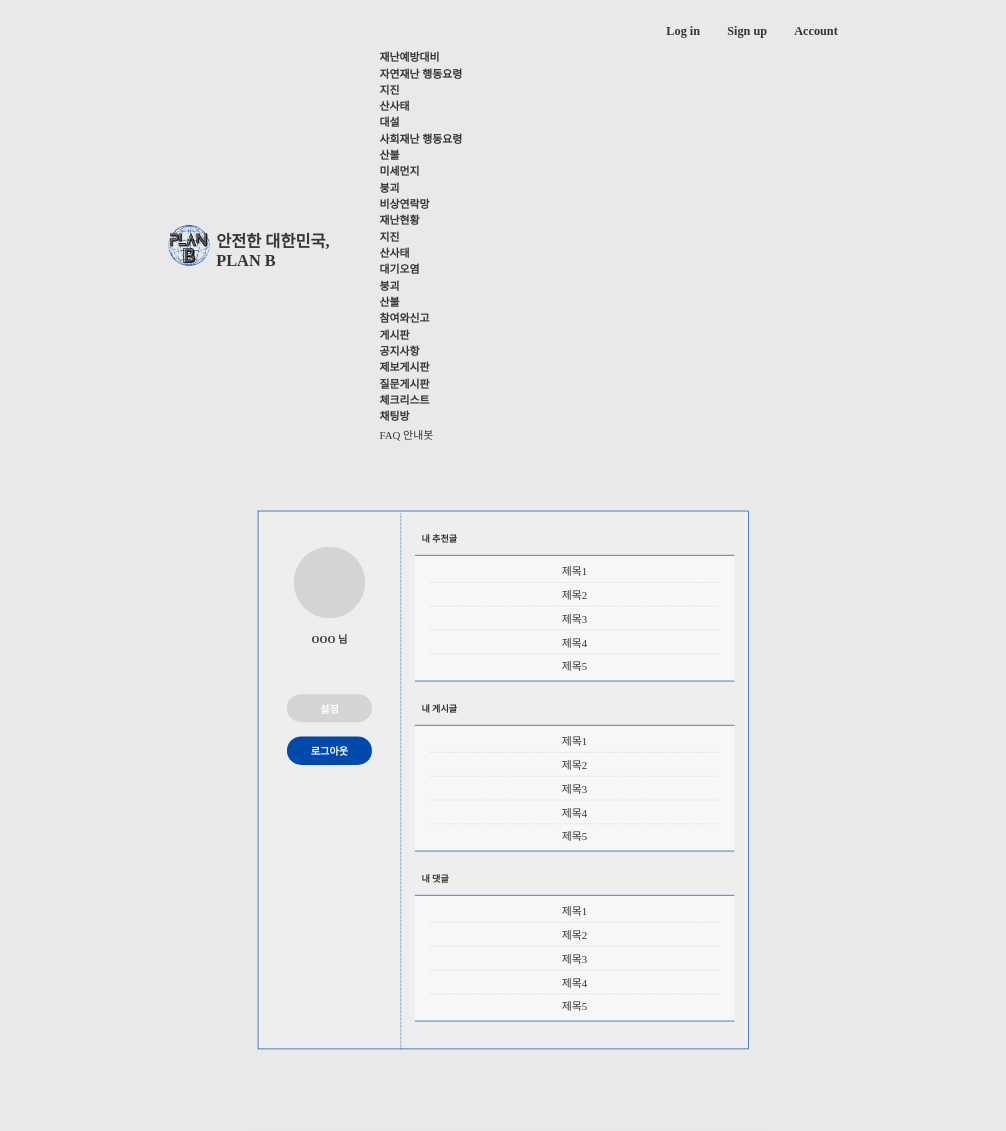
Repository: finalteam4/final
Page: http://localhost/member/account
These files come from the project's save history. The page is drawn as it stood at one moment and after the next save; the edit follows.
The browser window is 1280 px wide. The page is 1480 px wide, so the pictures cover 1480 px, including what lies to the right of the window. The pictures show the whole page, at 68% of full size.
The page is this project's Thymeleaf template; nobody is signed in. The template is opened directly, without the code that normally fills it, so the values that code supplies are empty.

Above is the page before, as saved 2024-02-08 03:07:16.

### final/src/main/resources/templates/member/account.html
<!DOCTYPE html>
<html xmlns:th="http://www.thymeleaf.org">
<head>
<meta charset="UTF-8">
<title>마이페이지</title>
<link rel="stylesheet" th:href="@{/css/style.css}">
</head>
<body>
  <div class="ch">
      <div th:replace="~{header::header-fragment}"></div>
    <div id="account">
      <div id="left">
        <div id="mimage"></div>
        <h6>OOO 님</h6>
        <div class="mbutton" id="modify">설정</div>
        <div class="mbutton" id="logout">로그아웃</div>
      </div>
      <div class="line2"></div>
      <div id="right">

        <h5>내 추천글</h5>
        <div class="mcontent">
          <p>제목1</p>
          <p>제목2</p>
          <p>제목3</p>
          <p>제목4</p>
          <p>제목5</p>
        </div>

        <h5>내 게시글</h5>
        <div class="mcontent">
          <p>제목1</p>
          <p>제목2</p>
          <p>제목3</p>
          <p>제목4</p>
          <p>제목5</p>
        </div>

        <h5>내 댓글</h5>
        <div class="mcontent">
          <p>제목1</p>
          <p>제목2</p>
          <p>제목3</p>
          <p>제목4</p>
          <p>제목5</p>
        </div>

      </div>
    </div>
  </div>
</body>
</html>

### final/src/main/resources/templates/header.html
<!DOCTYPE html>
<html xmlns:th="http://www.thymeleaf.org"
		xmlns:sec="http://www.thymeleaf.org/thymeleaf-extras-springsecurity6">
<head>
    <link rel="stylesheet" href="/css/Mainstyle.css">
    <script src="https://kit.fontawesome.com/6673aed616.js" crossorigin="anonymous"></script>
   	<script src="https://cdn.jsdelivr.net/npm/sockjs-client@1/dist/sockjs.min.js"></script>
	<script th:src="@{https://code.jquery.com/jquery-3.7.1.min.js}"></script>

</head>

<body>
    <header th:fragment="header-fragment">

        <section id="planB-header">
            <div class="planB-sidemenu">
            	<!-- 채채 페이지와 연결 -->
            	<th:block sec:authorize="isAnonymous()" >
	            	<a th:href="@{/login}">Log in</a>
	            	<a th:href="@{/member/join}">Sign up</a>
            	</th:block>
            	<a sec:authorize="isAuthenticated()" th:href="@{/logout}">Log out</a>

            	<a th:href="@{/member/account}">Account</a>
            </div>
			<!-- 프로젝트 로고 -->
            <div class="planB-menuWrap">
            	<a th:href="@{/}" class="main-img-logo">
           			<img th:alt="handmad_planB_logo" src="/images/planB-logo.png" style="width:60px; height:60px;">
           			<h2>안전한 대한민국,<br>PLAN B</h2>
            	</a>
          		<!-- 메인 메뉴 -->
	            <nav class="main-menu-wrap nav03">
	            	<div class="menu-container">
		            	<ul>
			            	<li class="main-menu-item">
			            		<a>재난예방대비</a>
			            		<!-- 서브메뉴 -->
			            		<ul class="submenu">
			            			<li>
		           						<a th:href="@{#}">자연재난 행동요령</a>
		           						<ul>
			            					<li><a th:href="@{/safeBehavior/Num1}">지진</a></li>
			            					<li><a th:href="@{/safeBehavior/Num4}">산사태</a></li>
			            					<li><a th:href="@{/safeBehavior/Num6}">대설</a></li>
			            				</ul>
		           					</li>
		           					<li>
		           						<a th:href="@{#}">사회재난 행동요령</a>
		           						<ul>
			            					<li><a th:href="@{/safeBehavior/Num2}">산불</a></li>
			            					<li><a th:href="@{/safeBehavior/Num3}">미세먼지</a></li>
			            					<li><a th:href="@{/safeBehavior/Num5}">붕괴</a></li>
			            				</ul>
		           					</li>
		           					<li>
			            				<a th:href="@{/contact/emer_contact}">비상연락망</a>
			            			</li>
			            		</ul>
			            	</li>
			            	<li class="main-menu-item">
			            		<a>재난현황</a>
			            		<!-- 서브메뉴 -->
			            		<ul class="submenu">
			            			<li>
			            				<a th:href="@{/data/data3}">지진</a>
			            			</li>
			            			<li>
			            				<a th:href="@{/data/data6}">산사태</a>
			            			</li>
			            			<li>
			            				<a th:href="@{/data/data7}">대기오염</a>
			            			</li>
			            			<li>
			            				<a th:href="@{/data/data5}">붕괴</a>
			            			</li>
			            			<li>
			            				<a th:href="@{/data/data2}">산불</a>
			            			</li>
									<!-- <li>
		           						<a th:href="@{/}">submenu 1</a>
		           						<ul>
			            					<li><a th:href="@{/}">child 1-1</a></li>
			            					<li><a th:href="@{/}">child 1-2</a></li>
			            					<li><a th:href="@{/}">child 1-3</a></li>
			            				</ul>
		           					</li> -->
			            		</ul>
			            	</li>
			            	<li class="main-menu-item">
			            		<a>참여와신고</a>
			            		<!-- 서브메뉴 -->
			            		<ul class="submenu">
			            			<li>
			            				<a th:href="@{/board/}">게시판</a>
			            				<ul>
			            					<li><a th:href="@{/noticeboard/}">공지사항</a></li>
			            					<li><a th:href="@{/infoboard/}">제보게시판</a></li>
			            					<li><a th:href="@{/qnaboard/}">질문게시판</a></li>
			            					<li sec:authorize="hasAnyAuthority('ADMIN')" >
			            						<a th:href="@{/report/}" style="color:red;">신고게시판</a>
			            					</li>
			            				</ul>
			            			</li>
			            			<li>
	                                   <a th:href="@{/ex/survey}" onclick="return alert('당신의 재난 지식을 점검하세요!')">체크리스트</a>
	                                </li>
			            			<li>
		           						<a th:href="@{#}" onclick="chatOpen()">채팅방</a>
		           					</li>
			            		</ul>
			            	</li>
		            	</ul>
			            <!-- FAQ 토글 버튼 -->
					    <div class="menu-bot-img" id="faqToggleButton">
					        <span>FAQ 안내봇</span>
					        <i class="fa-solid fa-robot" style="font-size:25px;"></i>
					    </div>
					    <!-- FAQ 오버레이 배경 -->
						<div id="faqOverlay"></div>
					    <!-- FAQ 컨테이너 -->
					    <div id="faqContainer" style="display:none;">
					        <!-- JavaScript가 여기에 질문 버튼을 동적으로 추가합니다 -->
					    </div>
		            </div>
	            </nav>
            </div> <!-- planB-menuWrap -->
        </section>
    </header>
<script th:src="@{/js/faq-chatbot.js}"></script>
<script th:src="@{/js/favicon.js}"></script>

<script th:inline="javascript">
    function chatOpen() {
        // 창의 크기
        let windowWidth = 820;
        let windowHeight = 400;

        // 뷰포트 크기 (스크롤바 고려)
        let viewportWidth = Math.max(document.documentElement.clientWidth || 0, window.innerWidth || 0);
        let viewportHeight = Math.max(document.documentElement.clientHeight || 0, window.innerHeight || 0);

        // 창의 위치
        let popupX = viewportWidth - windowWidth;
        let popupY = viewportHeight - windowHeight;

        // 새 창 열기
        window.open("/chat/", "채팅방", "width=" + windowWidth + ", height=" + windowHeight + ", left=" + popupX + ", top=" + popupY);
    }
</script>
</body>
</html>

### final/src/main/resources/static/css/style.css
@charset "UTF-8";


/* 공통 */

*{margin: 0; padding: 0; font-family: 'NanumSquareRound';}

html, body{height:auto; min-height:100%; min-width:1440px; width:100%; color: #353535; background: #e9e9e9;}

a{text-decoration: none; color:#353535; font-weight:900;}
a:hover{text-decoration: none; color: #004aad; font-weight:900;}
ul li{list-style: none;}




/* nagyung */


/* =============================================
                     header
================================================ */
#planB-header{width:100%; max-width:1024px; margin:0 auto;
	/* border:1px solid black; */ /* body: 1024px틀 마지막에 지울예정 */
}
/* header - 로그인, 회원가입, 마이페이지 */
.planB-sidemenu{
	width:100%;
	display:flex;
	justify-content: flex-end;
}
.planB-sidemenu a{padding: 15px 20px; font-size:18px;}
/* header - 로고, 메인메뉴, 챗봇 */
.planB-menuWrap{width:100%; display:flex; margin-bottom:10px;}
.main-img-logo{
	width:310px;
	display:flex;
	align-items: center;
	padding-left:20px;
	}
.main-img-logo h2{padding:10px 0 0 10px;  font-weight:900;}

.main-menu{
	width:90%;
	margin:0 auto;
	display:flex;
	justify-content: space-evenly;
    align-items: center;
    padding-top:20px;
    }
.main-menu a{font-size:19px; letter-spacing:1px;}
.main-menu span{font-size:15px;}
/*===============================================
 					footer
=================================================*/



/* chaehee */

.ch{
  width: 100%;
  padding: 20px;
  background-color: #E9E9E9;


  .container{width: 90%; padding: 30px; margin: 0 auto;}


/* login 스타일 */
  #login{
    margin: 100px auto;
    padding: 40px;
    width: 380px;
    background-color: #f7f7f7;
    border: 1px solid rgb(0, 74 , 173);
    flex-direction: column;
  }
  #login h2{
    text-align: center;
    margin: 20px;
    color: rgb(0, 74 , 173);
  }
  #login fieldset{
    border: none;
  }

  #login li input{
  	border-style: none;
    margin: 15px auto;
    padding: 0 10px 0 10px;
    width: 100%;
    height: 40px;
    text-indent: 5px;
  }
  #login #username,
  #login #password,
  #login #loginbutton,
  #login #joinf{
    box-sizing: border-box;
    border: 1px solid #004aad;
  }
  #login #loginbutton,
  #login #joinf{
    font-weight: bold;
  }
  #login #loginbutton{
    background-color: #004aad;
    color: white;
  }
  #login #joinf{
    background-color: white;
    color: #004aad;
  }
  .line {
    display:flex;
    flex-basis:100%;
    align-items:center;
    color:rgba(0,0,0,0.35);
    font-size:14px;
    margin:10px 0px;
  }
  .line::before{
    content:"";
    flex-grow:1;
    margin:0px 16px;
    background:rgba(0,0,0,0.35);
    height:1px;
    font-size:0px;
  }
  .line::after {
    content:"";
    flex-grow:1;
    margin:0px 16px;
    background:rgba(0,0,0,0.35);
    height:1px;
    font-size:0px;
  }

  /* join 스타일 */
  #join{
    margin: 100px auto;
    padding: 40px;
    width: 400px;
    background-color: #f7f7f7;
    border: 1px solid rgb(0, 74 , 173);
    flex-direction: column;
  }
  #join h2{
    text-align: center;
    margin: 10px 20px 50px 20px;
    color: rgb(0, 74 , 173);
  }
  #join fieldset{
    border: none;
  }
  #join label{
    display: inline-block;
    width: 120px;
    margin: 10px 0px 10px 20px;
  }
  #join input[type="text" i],
  #join input[type="password" i],
  #join input[type="date" i],
  #join select  {
  width: 220px;
  height: 20px;
  margin: 10px;
  }
  #join #joinf, #join #kakao, #join #naver, #join #google {
  	border-style: none;
    margin: 15px 10px;
    width: 380px;
    height: 40px;
    text-indent: 5px;
  }

  #join #joinf{
    background-color: #004aad;
    color: white;
    font-weight: bold;
  }
  /* account 스타일 */
  #account{
    width: 50%;
    margin: 100px auto;
    display: flex;
    border: 1px solid #004aad;
    background-color: #eee;
  }
  #left{
    width: 40%;
    height: 100%;
  }
  #left #mimage{
    width: 50%;
    aspect-ratio: 1 / 1;
    margin: 20px auto;
    background-color: #d4d4d4;
    border-radius: 50%;
    margin-top: 25%;
  }
  #left h6{
    padding-bottom: 50px;
    text-align: center;
    font-size: 15px;
  }
  #left .mbutton{
    margin: 10% auto;
    padding: 5%;
    width: 50%;
    border-radius: 30px;
    text-align: center;
    color: white;
    font-weight: bold;
  }
  #left #modify{
    background-color: #d4d4d4;
    font-size: 15px;
  }
  #left #logout{
    background-color: #004aad;
    font-size: 15px;
  }
  #right{
    margin: auto;
    padding: 20px;
    width: 90%;
    height: 100%;
    display: flex;
    flex-direction: column;
    justify-content: center;
  }
  #right h5{
    width: 100%;
    margin: 10px;
  }
  #right .mcontent{
    display: flex;
    flex-direction: column;
    margin: 5px 0 20px 0;
    padding: 5px 0;
    width: 100%;
    background-color: #f7f7f7;
    border-top: 1px solid #004aad;
    border-bottom: 1px solid #004aad;
    align-items: center;
  }
  #right .mcontent p{
	padding: 5px 0px;
    width: 90%;
    border-bottom: 1px dashed #d4d4d4;
    text-align: center;
  }
#right .mcontent p:last-child {
  border-bottom: none;
}
  .line2 {
    border-left: 1px dotted #004aad;
    width: 0;
  }

}

/* yubin */


.main-main {
	width:1024px;

    background-color: #d9d9d9;
    margin: 0 auto;
}
/* 메뉴 */
#state_sub{
		background: #1b4fa2 url(/images/titBg.jpg) no-repeat 50% 50%;
}
#state_sub .stateWrap > strong {
    display: block;
    margin-bottom: 30px;
    text-align: center;
    font-size: 44px;
    font-weight: 200;
    color: #fff;
    line-height: 1.1em;
}
#state_sub .stateWrap ul {
    text-align: center;
}
#state_sub .stateWrap ul li {
    display: inline-block;
    position: relative;
    margin: 0 24px;
    padding-bottom: 6px;
}
#state_sub .stateWrap ul li.active a strong {
    color: #fff;
    font-weight: 400;
}
#state_sub .stateWrap ul li a strong {
    display: block;
    font-size: 16px;
    font-weight: 200;
    color: rgba(255, 255, 255, 0.5);
}

/*산불페이지 */
.leftArea{
	float: left;

}
.leftArea img{
	width: 400px;
	height: 600px;
	margin: 10px 0 0 10px;
}
.rightArea{
	display:inline-block;
	margin-left: 20px;

}
.rightArea h2{
	margin-top: 20px;

}

.todayArea ul li{
	list-style: none;
	float: left;
    width: 183px;
    height: 110px;
    padding: 24px 0 0;
    margin-right: 10px;
    text-align: center;
    line-height: 1em;
    background: #f1f1f1;
    box-sizing: border-box;
    margin-top: 20px;
    margin-bottom: 20px;
}
/* 표 전체 스타일 */
.tableArea {
    width: 590px;
    height: 400px;
    margin-top:20px;
    overflow: auto; /* 내용이 넘칠 경우 스크롤 표시 */
}

/* 표 제목 스타일 */
.tableArea table {
    width: 100%;
    border-collapse: collapse;
    font-size: 14px;
}

/* 각 셀 스타일 */
.tableArea th, .tableArea td {
    border: 1px solid #ddd;
    padding: 8px;
    text-align: center;
}

/* 각 열 스타일 */
.tableArea th {
    background-color: #f0f0f0;
}

/* 각 행 스타일 */
.tableArea tr:hover {
    background-color: #f5f5f5;
}
 .terms317 img {

    width: 900px; /* 너비를 원하는 크기로 지정 */
    height: auto; /* 높이는 자동으로 조절됩니다. */

  }
.terms317 p{
	margin-left: 55px;
}
  .terms318 img {
    width: 300px; /* 너비를 원하는 크기로 지정 */
    height: auto; /* 높이는 자동으로 조절됩니다. */
  }

  .terms319 img {
    width: 250px; /* 너비를 원하는 크기로 지정 */
    height: auto; /* 높이는 자동으로 조절됩니다. */
  }

  .terms320 img {
    width: 550px; /* 너비를 원하는 크기로 지정 */
    height: auto; /* 높이는 자동으로 조절됩니다. */
  }

  .terms321 img {
    width: 550px; /* 너비를 원하는 크기로 지정 */
    height: auto; /* 높이는 자동으로 조절됩니다. */
  }


  .tabSlideWrap {
    padding: 10px;
  }

  .swiper-container-horizontal {
    position: relative;
    display: flex;
    justify-content: space-around;
  }

  .swiper-wrapper {
    list-style: none;
    padding: 0;
    margin: 0;
    display: flex;
  }

  .swiper-slide {
    margin-right: 20px;
  }

  .swiper-slide a {
    text-decoration: none;
    color: black;
    padding: 10px;
    display: block;
  }

  .swiper-slide a:hover {
    background-color: #f0f0f0;
  }
 /* 산불끝 */









/* KH */

/* 비상연락처 */

#container_emer h2{text-align:center; font-size: 3em; color:#e9e9e9; padding-top: 20px;
   margin-bottom: 50px;}
#container_emer{text-align: center; background-color: #e9e9e9;}
#emer_title{height: 95px; background-color:#004aad;}
#emer_tbl {border-collapse: collapse; margin: 20px auto;}
#emer_tbl td{width: 150px; height: 30px; border: 2px solid #ddd;
	padding: 8px; text-align: center; color: #363636; background-color:#f9f9f9;}
.region {cursor: pointer;}
#map {width: 1024px; height: 1024px;margin: 30px auto; background-color: rgba(255,255,255,1);
	}









/* sanghyun */

#content{
	width: 1024px;
	margin: 0px auto;
	height: 200vh;
}
h2.board_h2{
	color: #fff; text-align: center;
	width: 100%;
	height: 60px;
	background-color: #004aad;
	font-weight: bold;
	margin: 0;
	line-height: 60px;

}

#data_content{
	width: 100%;
	margin-top: 100px;
}

.news_section{
	margin: 50px 0px 0px 100px;
	width : 45%;
	border: 10px solid #fc80ac;
	display: block;
    float: left;
    padding: 10px;
    font-size:0.8rem;
}
.news_section p{
	margin: 5px;
}
.org_name{
	padding: 5px;
	font-size:1rem;
}
.board_section{
	display: block;
    float: left;
    margin: 50px 10px;
}


/* 게시판 */
.board_content{
	width: 100%;
	background-color: #fff;
	height: 100%;
}


.tbl_list {
	margin: 0 auto;
	width: 95%;
	text-align: center;
	border-collapse: collapse;
}
.tbl_list td, th{
	border-left: none;
	border-right: none;
	border-bottom: 1px solid black;
}
.td_title {width: 50%; text-overflow: ellipsis; white-space:nowrap;}

.board_btn {
   width: 90px;
   height: 35px;
   background-color: #cdcdcd;
   border: 1px solid #353535;
   border-radius: 10px;
   box-shadow: 2px 2px 4px rgba(0, 0, 0, 0.5);
   font-weight: bold;
}

.board_btn:hover{
	background-image: linear-gradient(to bottom right, #002255, #004aad);
	color: #fff;
}


/* 페이지 버튼 */
.pagination_btn {
    display: flex;
    justify-content: center;
    align-items: center; /* 수직 가운데 정렬 추가 */
    font-size: 15px;
    line-height: normal;
}

.page-box {
    margin: 0 10px;
    font-weight: bold;
    display: inline-block;
}

.page-num-btn {
    width: 20px;
    height: 20px;
    border-radius: 50%;
    margin: 5px auto;
}

.page-btn.disabled {
    pointer-events: none;
    cursor: default;
    color: #aaa;
}

.page-btn.active {
    display: inline-flex;
    align-items: center; /* 수직 가운데 정렬 추가 */
    justify-content: center;
    width: 30px;
    height: 30px;
    background-image: radial-gradient(ellipse, #0088FF, #004AAD);
    border-radius: 50%;
    color: #fff;
    text-align: center;
}

.page-btn.active .page-box {
    display: inline-block;
    color: #fff;
}

/* 게시판 검색창 */
.search_btn{
   width: 450px;
   height: 35px;
   margin: 0px auto;
   background-color: #cdcdcd;
   border: 1px solid #353535;
   border-radius: 10px;
   padding-top: 10px;
   box-shadow: 2px 2px 4px rgba(0, 0, 0, 0.5);
}

.search_btn2{
   width: 350px;
   height: 35px;
   margin: 0px auto;
   background-color: #cdcdcd;
   border: 1px solid #353535;
   border-radius: 10px;
   padding-top: 10px;
   box-shadow: 2px 2px 4px rgba(0, 0, 0, 0.5);
}

.toggle_btn{
   width: 80px;
   height: 25px;
   border: none;
   border-radius: 5px;
   text-align: center;
   background-color: #fff;
   margin: 0px 10px;
}
.search_box{
   width: 230px;
   height: 25px;
   border: none;
   border-radius: 5px;
   padding: 0px 10px;
}
.board_btn1 {
   width: 70px;
   height: 25px;
   border: none;
   border-radius: 0 5px 5px 0;
   border-left : 1px solid #000;
   background-color: rgba(0, 0, 0, 0);
   font-weight: semi-bold;
}
.board_btn2 {
   width: 50px;
   height: 25px;
   border: none;
   background-color: rgba(0, 0, 0, 0);
   font-weight: semi-bold;
}

/* 게시글 상세보기 */
.tbl_detail{
	width: 95%;
	margin: 0 auto;
}
.tbl_detail td, th{
	border-left: none;
	border-right: none;
}

/* 댓글 */
.replyform{
	width: 95%;
	margin: 0 auto;
}
.replyWrite{
	margin-top:10px;
	border-color:#ccc;
}
#rcontent{
	width:100%;
}
.reply_reply{
	margin-top: 10px;
}

/* 글쓰기 */
.custom-file-input {
    display: none; /* 숨김 */
}

.custom-file-label {
    width: 90px;
    height: 35px;
    background-color: #cdcdcd;
    border: 1px solid #353535;
    border-radius: 10px;
    box-shadow: 2px 2px 4px rgba(0, 0, 0, 0.5);
    font-weight: bold;
    display: flex;
    justify-content: center;
    align-items: center;
    cursor: pointer;
    float: left;
    margin-bottom: 10px;
    margin-right: 10px;
}

.custom-file-label:hover{
	background-image: linear-gradient(to bottom right, #002255, #004aad);
	color: #fff;
}

.file-name{
	line-height: 35px;
}

.form-control {
  display: block;
  width: 95%;
  border: 1px solid #dee2e6;
  border-radius: 0.375rem;
  margin: 0 auto;
  padding: 5px;
}

@media (prefers-reduced-motion: reduce) {
  .form-control {
    transition: none;
  }
}
.form-select {
  display: block;
  width: 95%;
  border: 1px solid #dee2e6;
  border-radius: 0.375rem;
  margin: 0 auto;
}
@media (prefers-reduced-motion: reduce) {
  .form-select {
    transition: none;
  }
}
/* 채팅방 */

@media (max-width: 1024px) {
  #content {
    width:100%;
  }
  table{
  font-size: 1.5vw
  }
  .search_btn{
  	width: 425px;
  }
}



@media (max-width: 425px) {
  #content {
    width:355px;
  }
  table{
  font-size: 10px;
  }
  .search_btn{
  	width:355px;
  }
}



/* 헤더 */
header #head_header nav{
	width: 100%;
	height: 80px;
	background: #e9e9e9;
	border-top: 1px solid #ccc;
	border-bottom: 1px solid #ccc;
}
header #head_header h1{
	text-align:center;
}
#top_menu{line-height: 80px; text-align:center;}
#top_menu li{display: inline-block; margin: 0 20px; }
#top_menu li a{color: #444; padding: 0 20px;}
#top_menu li a:hover{color: #111;}

After the next save:
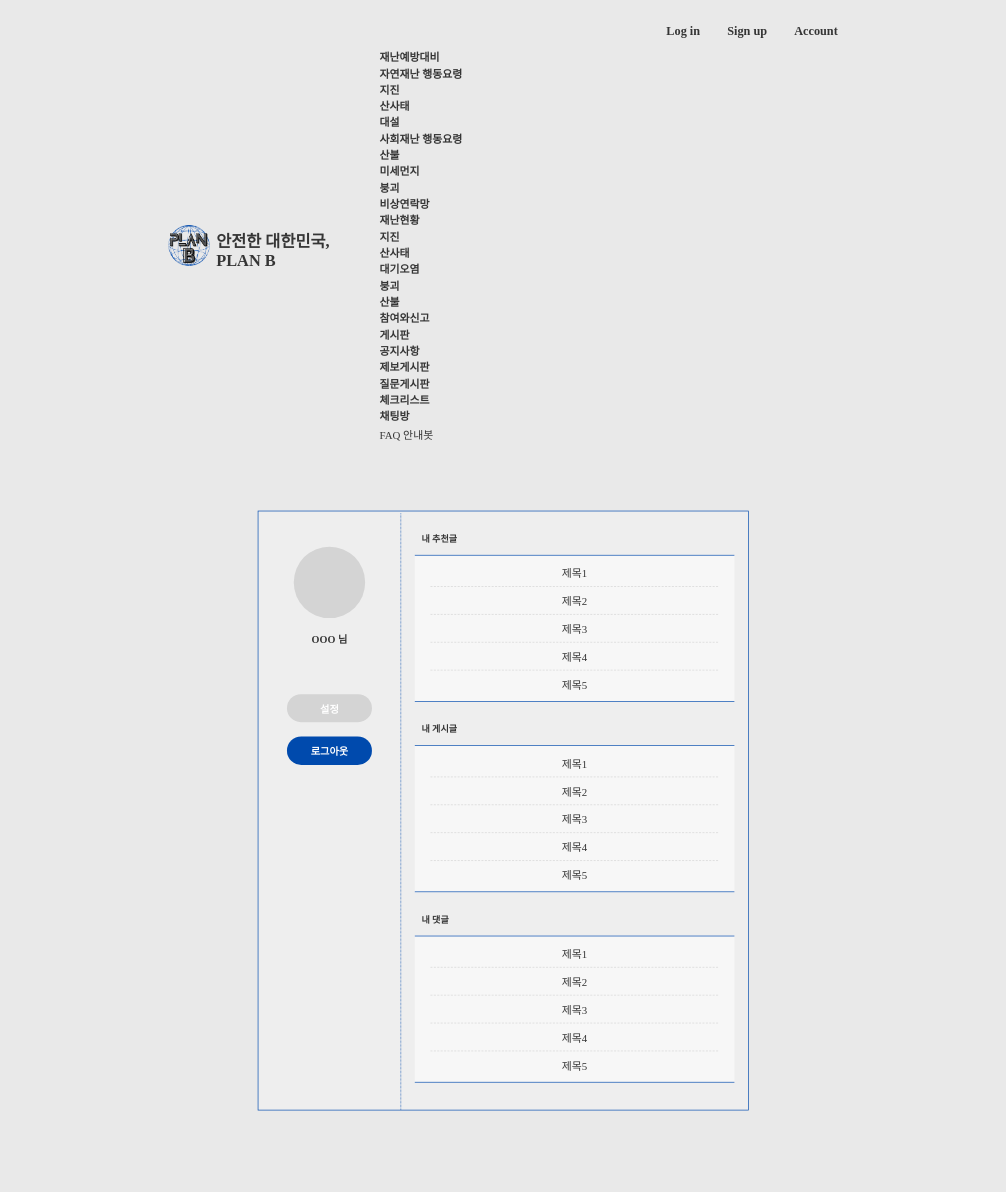
Saved 22 s later.
--- a/final/src/main/resources/static/css/style.css
+++ b/final/src/main/resources/static/css/style.css
@@ -247,7 +247,7 @@ ul li{list-style: none;}
     align-items: center;
   }
   #right .mcontent p{
-	padding: 5px 0px;
+	padding: 8px 0px;
     width: 90%;
     border-bottom: 1px dashed #d4d4d4;
     text-align: center;
